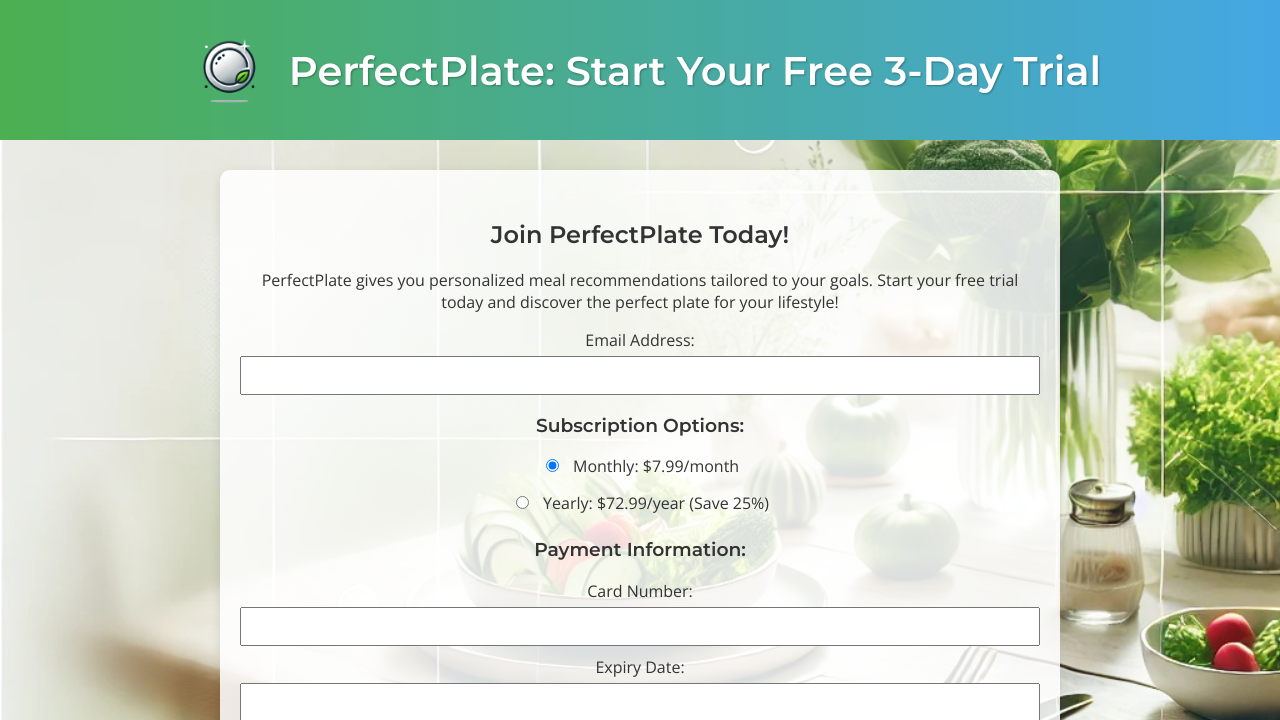
Repository: nikwhite1169/perfectplate
Page: signup.html
An editor plug-in stored every save of this project. The page is shown before and after the next save, followed by the edit.
The browser window is 1280 px wide. The pictures show the whole page.
An inner scrolling area shows only its first screen.

Above is the page before, as saved 2025-01-13 01:54:31.

### signup.html
<!DOCTYPE html>
<html lang="en">
<head>
  <meta charset="UTF-8" />
  <meta name="viewport" content="width=device-width, initial-scale=1.0"/>
  <title>PerfectPlate: Start Your Free 3-Day Trial</title>

  <!-- Google Fonts -->
  <link rel="preconnect" href="https://fonts.googleapis.com" />
  <link rel="preconnect" href="https://fonts.gstatic.com" crossorigin />
  <link
    href="https://fonts.googleapis.com/css2?family=Montserrat:wght@600&family=Open+Sans:wght@400&display=swap"
    rel="stylesheet"
  />

  <link rel="stylesheet" href="styles.css" />
</head>
<body>
  <header>
    <div class="header-top">
      <img src="images/logo.png" alt="PerfectPlate Logo" class="logo" />
      <h1>PerfectPlate: Start Your Free 3-Day Trial</h1>
    </div>
  </header>

  <section id="signup">
    <div class="text-background">
      <h2>Join PerfectPlate Today!</h2>
      <p>PerfectPlate gives you personalized meal recommendations tailored to your goals. Start your free trial today and discover the perfect plate for your lifestyle!</p>
      <form id="signup-form" action="/process-payment" method="POST">
        <label for="email">Email Address:</label>
        <input type="email" id="email" name="email" required />

        <h3>Subscription Options:</h3>
        <label>
          <input type="radio" name="subscription" value="monthly" checked />
          Monthly: $7.99/month
        </label>
        <label>
          <input type="radio" name="subscription" value="yearly" />
          Yearly: $72.99/year (Save 25%)
        </label>

        <h3>Payment Information:</h3>
        <!-- Replace with actual payment gateway integration -->
        <label for="card-number">Card Number:</label>
        <input type="text" id="card-number" name="card-number" required />
        <label for="expiry-date">Expiry Date:</label>
        <input type="text" id="expiry-date" name="expiry-date" required />
        <label for="cvc">CVC:</label>
        <input type="text" id="cvc" name="cvc" required />

        <p>Your free 3-day trial begins immediately after signing up. You won’t be charged until the trial ends.</p>
        <button type="submit" class="cta-button">Start Free Trial</button>
      </form>
    </div>
  </section>

  <section id="confirmation" class="hidden">
    <div class="text-background">
      <h2>Thank you for subscribing!</h2>
      <p>Download the PerfectPlate app to begin your journey:</p>
      <a href="https://www.apple.com/app-store/" class="cta-button">Download for iOS</a>
      <a href="https://play.google.com/store" class="cta-button">Download for Android</a>
    </div>
  </section>

  <footer>
    <p>&copy; 2025 PerfectPlate. Perfect dining, made just for you.</p>
    <a href="privacy-policy.html">Privacy Policy</a> | <a href="terms-of-service.html">Terms of Service</a> | <a href="faq.html">FAQ</a>
  </footer>

  <script>
    // Example script to handle form submission and show confirmation message
    document.getElementById('signup-form').addEventListener('submit', function(event) {
      event.preventDefault();
      document.getElementById('signup').style.display = 'none';
      document.getElementById('confirmation').style.display = 'block';
    });
  </script>
</body>
</html>

### styles.css
/* -----------------------
   Global Styles
------------------------ */
html, body {
  margin: 0;
  padding: 0;
  height: 100%;
  overflow-x: hidden;
}

body {
  /* Use Open Sans for body text */
  font-family: 'Open Sans', sans-serif;
  margin: 0 auto;
  padding: 0;
  text-align: center;
  color: #333;

  /* Background image as requested */
  background: url('images/background.webp') no-repeat center center fixed;
  background-size: cover;

  position: relative;
  max-width: 100%;
}

/* Use Montserrat for headings */
h1, h2, h3 {
  font-family: 'Montserrat', sans-serif;
}

/* Simple fade-in animation (triggered by JS) */
.fade-in {
  opacity: 0;
  transition: opacity 1s ease-in;
}
.fade-in.appear {
  opacity: 1;
}

/* Form Styles */
form label {
  display: block;
  margin: 10px 0 5px;
}

form input[type="text"],
form input[type="email"],
form input[type="radio"] {
  display: block;
  width: 100%;
  padding: 10px;
  margin-bottom: 10px;
  box-sizing: border-box;
}

form input[type="radio"] {
  display: inline-block;
  width: auto;
  margin-right: 10px;
}

/* Media Queries for Mobile */
@media (max-width: 768px) {
  form label,
  form input[type="text"],
  form input[type="email"],
  form input[type="radio"] {
    width: 100%;
    margin: 5px 0;
  }

  form input[type="radio"] {
    display: block;
    margin: 5px 0;
  }
}

/* -----------------------
   Header Section
------------------------ */
header {
  /* Simple green-to-blue gradient for more personality */
  background: linear-gradient(90deg, rgba(76,175,80,1) 0%, rgba(68,167,227,1) 100%);
  color: white;
  padding: 20px 0;
}

/* Logo & Title - Stacked on mobile, centered */
.header-top {
  display: flex;
  flex-direction: column;
  align-items: center;
  gap: 10px;
  justify-content: center;
}

.logo {
  width: 100px;
  display: block;
}

header h1 {
  margin: 0;
  font-size: 2em;
  text-shadow: 1px 1px 2px rgba(0,0,0,0.3);
}

/* Two buttons - Stacked & centered on mobile */
.header-app-links {
  display: flex;
  flex-direction: column;
  align-items: center;
  gap: 10px;
  margin-top: 15px;
  justify-content: center;
}

/* Actual link button styling */
.app-store-link {
  display: inline-block;
  margin: 10px 0;
  color: #0073e6;
  text-decoration: none;
}

.app-store-link:hover {
  text-decoration: underline;
}

/* On larger screens => side-by-side layout */
@media (min-width: 768px) {
  .header-top {
    flex-direction: row;
  }

  header h1 {
    font-size: 2.5em;
  }

  .header-app-links {
    flex-direction: row;
  }
}

/* -----------------------
   Intro Section
------------------------ */
#intro {
  max-width: 800px;
  margin: 30px auto 20px;
  padding: 30px 20px;
  background-color: rgba(255, 255, 255, 0.85);
  border-radius: 10px;

  /* Subtle box shadow for better contrast */
  box-shadow: 0 4px 12px rgba(0,0,0,0.1);
}

.text-background {
  background-color: rgba(255, 255, 255, 0.85);
  padding: 30px 20px;
  border-radius: 10px;
  box-shadow: 0 4px 12px rgba(0,0,0,0.1);
  margin: 30px auto;
  max-width: 800px;
}

.hidden {
  display: none;
}

#intro h2 {
  font-size: 2em;
  margin-bottom: 10px;
}

/* -----------------------
   Scroll Prompt
------------------------ */
.scroll-prompt {
  margin: 20px auto;
  text-align: center;
  /*
    Semi-transparent background behind the text/arrow.
    Adjust opacity or color to your liking.
  */
  background: rgba(0,0,0,0.5);
  display: inline-block;
  padding: 10px 15px;
  border-radius: 8px;
}

.scroll-prompt .prompt-text {
  font-size: 1.2em;
  font-weight: 600;
  color: #fff;
  text-shadow: 1px 1px 2px rgba(0,0,0,0.5);
  margin-bottom: 5px;
}

.arrow-down {
  font-size: 1.5em;
  color: #fff;
  animation: bounceArrow 1s infinite alternate;
  cursor: default;
  text-shadow: 1px 1px 2px rgba(0,0,0,0.5);
}

@keyframes bounceArrow {
  from {
    transform: translateY(0);
  }
  to {
    transform: translateY(6px);
  }
}

/* -----------------------
   Features Section
------------------------ */
#features {
  max-width: 800px;
  margin: 30px auto;
  padding: 50px 20px;
  background-color: rgba(255, 255, 255, 0.85);
  border-radius: 10px;
  box-shadow: 0 4px 12px rgba(0,0,0,0.1);
}

#features h2 {
  font-size: 2em;
  margin-bottom: 30px;
}

/* Feature Cards (icon + text) */
.feature {
  margin: 30px 0;
  display: flex;
  flex-direction: column;
  align-items: center;
  padding: 15px;
}

.feature-icon {
  font-size: 2em;
  margin-bottom: 10px;
}

.feature h3 {
  font-size: 1.5em;
  color: #4caf50;
  margin-bottom: 10px;
  text-transform: uppercase;
}

.feature p {
  font-size: 1.1em;
  margin-top: 10px;
  max-width: 600px;
}

/* “Coming Soon” styling */
.coming-soon {
  font-size: 0.8em;
  color: #f39c12;
  font-weight: bold;
}

/* -----------------------
   How It Works
------------------------ */
#how-it-works {
  max-width: 800px;
  margin: 30px auto;
  padding: 50px 20px;
  background-color: rgba(255, 255, 255, 0.85);
  border-radius: 10px;
  box-shadow: 0 4px 12px rgba(0,0,0,0.1);
}

#how-it-works h2 {
  font-size: 2em;
  margin-bottom: 20px;
}

.steps {
  list-style: none;
  text-align: left;
  margin: 0 auto;
  padding: 0;
  max-width: 600px;
}

.steps li {
  margin: 15px 0;
  display: flex;
  align-items: baseline;
  font-size: 1.1em;
}

.steps li strong {
  min-width: 100px;
  text-align: left;
  font-weight: bold;
  color: #4caf50;
}

.steps li span {
  flex: 1;
  text-align: left;
}

/* -----------------------
   CTA Section
------------------------ */
#cta {
  /* A teal-to-green gradient for the CTA area */
  background: linear-gradient(90deg, rgba(0,178,155,1) 0%, rgba(76,175,80,1) 100%);
  color: white;
  padding: 40px 0;
  margin: 30px 0 0 0;
  width: 100%;
  text-align: center;
  box-sizing: border-box;
}

#cta h2 {
  font-size: 2em;
  margin: 0 0 10px;
}

#cta p {
  font-size: 1.1em;
  margin: 0;
  margin-bottom: 20px;
}

.cta-button {
  background-color: #ff6f61;
  color: white;
  padding: 10px 20px;
  border: none;
  border-radius: 5px;
  cursor: pointer;
  font-size: 1em;
  text-decoration: none;
  display: inline-block;
  margin: 10px 0; /* Add margin for spacing */
}

.cta-button:hover {
  background-color: #ff4a3d;
}

/* -----------------------
   Footer
------------------------ */
footer {
  margin-top: 20px;
  background-color: #222;
  color: white;
  padding: 20px 0;
  font-size: 0.9em;
  opacity: 0.9;
  text-shadow: 1px 1px 2px rgba(0,0,0,0.3);
  text-align: center;
}

.button {
  display: inline-block;
  padding: 10px 20px;
  background-color: #0073e6;
  color: white;
  text-align: center;
  border-radius: 5px;
  text-decoration: none;
}

.button:hover {
  background-color: #005bb5;
}

footer a {
  color: #ff6f61;
  text-decoration: none;
  margin: 0 10px;
  display: inline-block;
  padding: 10px 0; /* Increase tappable area */
}

footer a:hover {
  text-decoration: underline;
}

After the next save:
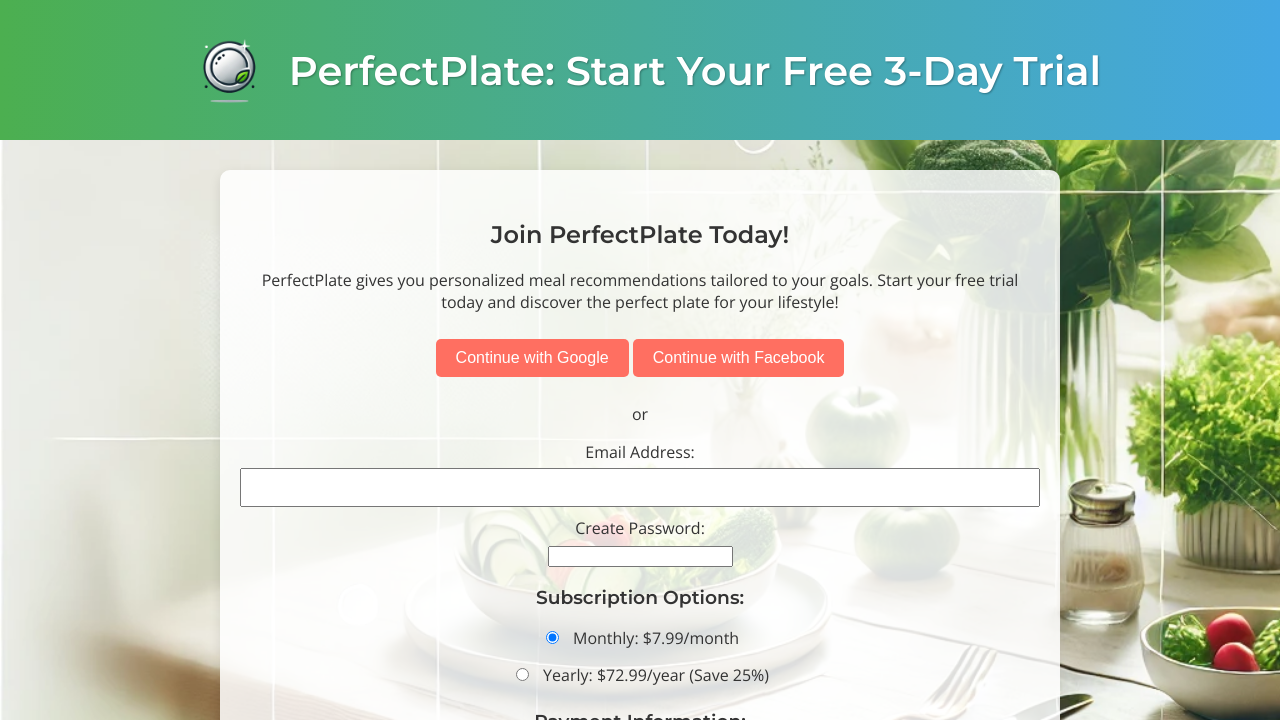
Saved 10 h 50 min later.
--- a/signup.html
+++ b/signup.html
@@ -27,9 +27,21 @@
     <div class="text-background">
       <h2>Join PerfectPlate Today!</h2>
       <p>PerfectPlate gives you personalized meal recommendations tailored to your goals. Start your free trial today and discover the perfect plate for your lifestyle!</p>
+
+      <!-- Social Login Options -->
+      <div class="social-login">
+        <button class="cta-button">Continue with Google</button>
+        <button class="cta-button">Continue with Facebook</button>
+      </div>
+
+      <p>or</p>
+
       <form id="signup-form" action="/process-payment" method="POST">
         <label for="email">Email Address:</label>
         <input type="email" id="email" name="email" required />
+
+        <label for="password">Create Password:</label>
+        <input type="password" id="password" name="password" required />
 
         <h3>Subscription Options:</h3>
         <label>
